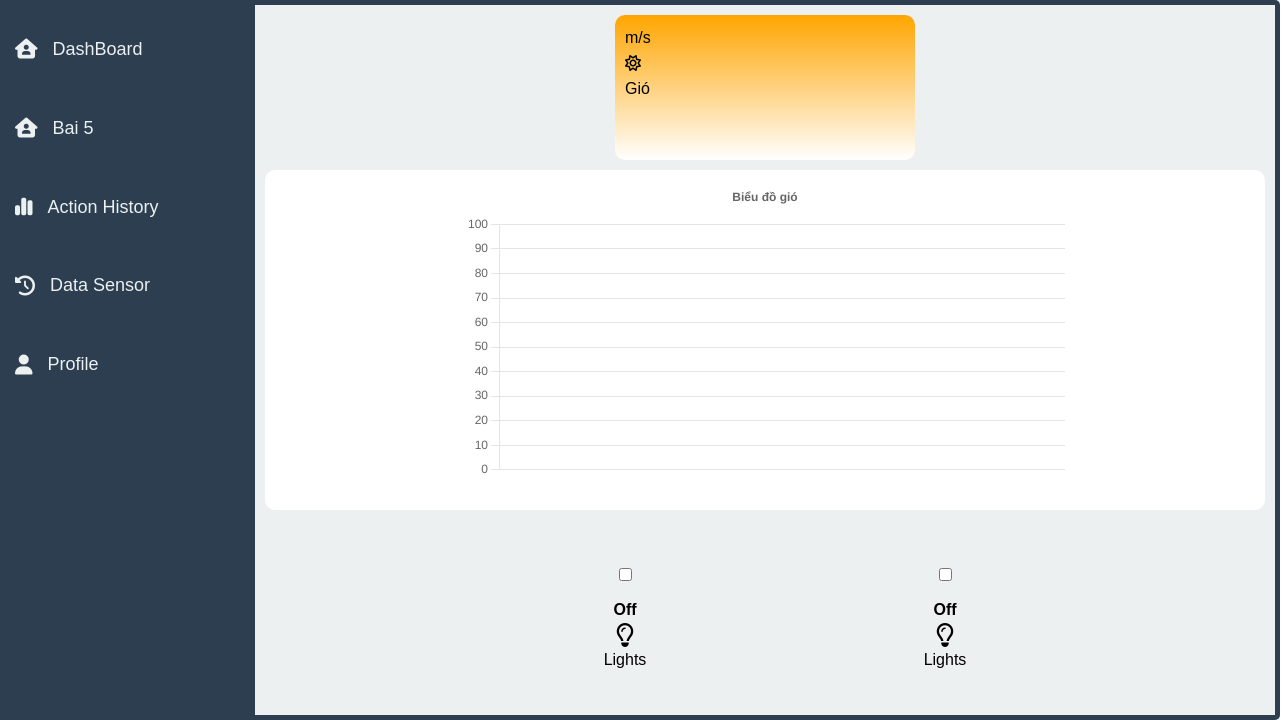
Repository: duongnoob23/duyyyy
Page: /bai5 (app in iot/)
The author's editor kept a copy of each file at every save. The page is drawn from the files as they stood at one save, then again after the next save.
The browser window is 1280 px wide. The page is 1285 px wide, so the pictures cover 1285 px, including what lies to the right of the window. The pictures show the whole page.
The page's requests for data from a server got no answer. Some web libraries are served in a nearby version. The project was rebuilt for these pictures with package versions that can differ from the ones it lists, and the page was loaded fresh each time. No one was signed in, and anything a server would have sent is missing. Also part of the build but not shown: iot/src/App.css, iot/src/Components/Doughnut/GaugeChart.js, iot/src/Components/LineChart/LineChartECharts.js, iot/src/Pages/Home/Home.js, iot/src/Pages/DataLogs/DataLogs.js, iot/src/Pages/Profile/Profile.css, iot/src/Pages/Profile/Profile.js, iot/src/Pages/Action/Action.js and 1 more.

Above is the page before, as saved 2024-12-02 21:43:23.

After the next save:
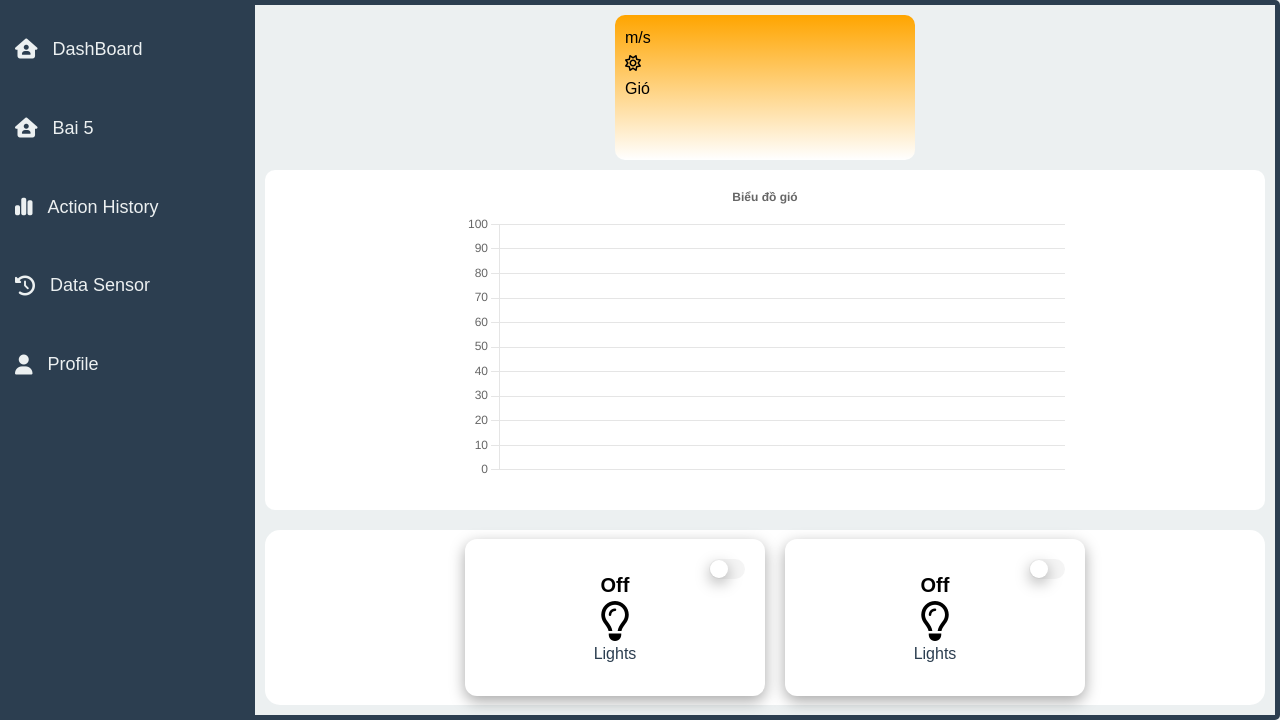
Saved 11 s later.
--- a/iot/src/Pages/Bai5/Bai5.css
+++ b/iot/src/Pages/Bai5/Bai5.css
@@ -19,12 +19,12 @@
 
 
 
-.electric{
+.control{
     background-color: white;
     border-radius: 15px;
 }
 
-.electric-list{
+.control-list{
     display: flex;
     justify-content: center;
     align-items: center;
@@ -32,7 +32,7 @@
     height: 100%;
 }
 
-.electric-item{
+.control-item{
     width: 80%;
     height: calc(100% / 3 - 10px);
     margin-left: 20px;
@@ -50,38 +50,38 @@
 
 
 
-.electric-item i{
+.control-item i{
     font-size: 40px;
 }
 
-.electric-item .on-off{
+.control-item .on-off{
     font-size: 20px;
     color: black;
     margin-top: 0;
 }
 
-.electric-item:hover .on-off{
-}
-
-.electric-input{
+.control-item:hover .on-off{
+}
+
+.control-input{
     display: none;
 }
 
-.electric-input:checked + .electric-label{
+.control-input:checked + .control-label{
     background-color: #2c3e50;
     box-shadow: white 0px 5px 15px;
 }
 
-.electric-input:checked + .electric-label:after{
+.control-input:checked + .control-label:after{
     background-color: white;
     transform: translateX(17px);
 }
-.electric-input:checked .temperature{
+.control-input:checked .temperature{
     color: #2c3e50;
 }
 
 
-.electric-label{
+.control-label{
     position: absolute;
     top:20px;
     right: 20px;
@@ -93,7 +93,7 @@
     cursor: pointer;
 }
 
-.electric-label:after{
+.control-label:after{
     cursor: pointer;
     content: "";
     position:  absolute;
@@ -107,7 +107,7 @@
     box-shadow: rgba(0, 0, 0, 0.35) 0px 5px 15px;
 }
 
-.electric-item .electric-light{
+.control-item .control-light{
     display: inline-block;
     font-size: 40px;
     color: black;
@@ -116,33 +116,33 @@
     justify-content: center;
     align-items: center;
 }
-.electric-item .electric-light.show{
+.control-item .control-light.show{
     color: yellow;
     filter: drop-shadow(0 0 10px rgba(255, 255, 0, 0.8)) drop-shadow(0 0 20px rgba(255, 255, 0, 0.642));
 }
 
-.electric-item .electric-air{
-    display: flex;
-    justify-content: center;
-    align-items: center;
-    color:black;
-}
-
-.electric-item .electric-air.show{
+.control-item .control-air{
+    display: flex;
+    justify-content: center;
+    align-items: center;
+    color:black;
+}
+
+.control-item .control-air.show{
     content: "";
     animation:spin 2s linear infinite;
     color:#3acbe9;
     transition: all 0.4s linear;
 }
 
-.electric-item .electric-temperature{
-    display: flex;
-    justify-content: center;
-    align-items: center;
-    color:black;
-}
-
-.electric-item .electric-temperature.show{
+.control-item .control-temperature{
+    display: flex;
+    justify-content: center;
+    align-items: center;
+    color:black;
+}
+
+.control-item .control-temperature.show{
     background-image: linear-gradient(to top,red,yellow);
     color:transparent;
     background-clip: text;
